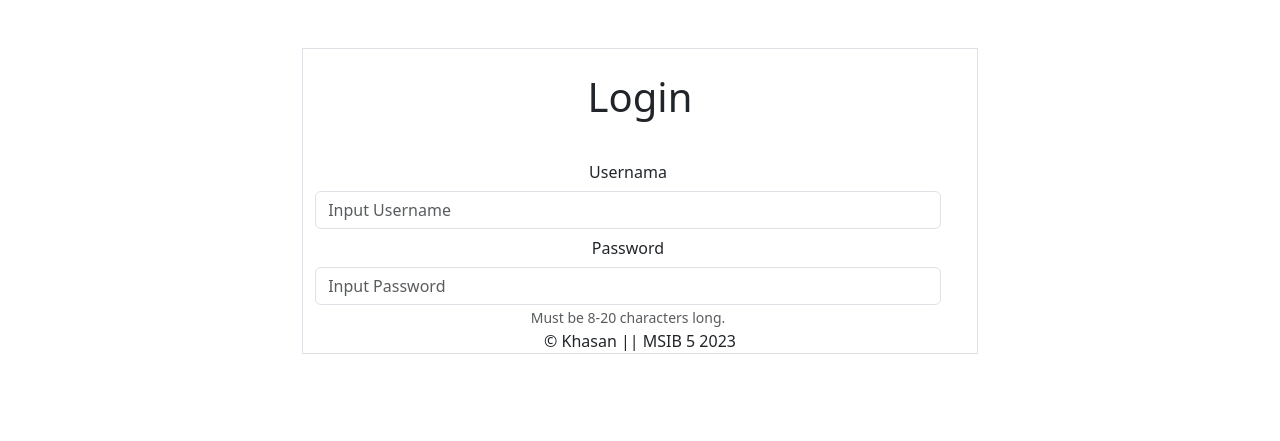
Repository: AHSANS354/Tugas-MSIB-5-GitHub
Page: http://localhost/tugas login/login.php
An editor plug-in stored every save of this project. The page is shown before and after the next save, followed by the edit.
The browser window is 1280 px wide. The pictures show the whole page.
The page is run by PHP 8.4 with error messages shown; the project is at /var/www/html/.

Above is the page before, as saved 2023-09-27 23:14:49.

After the next save:
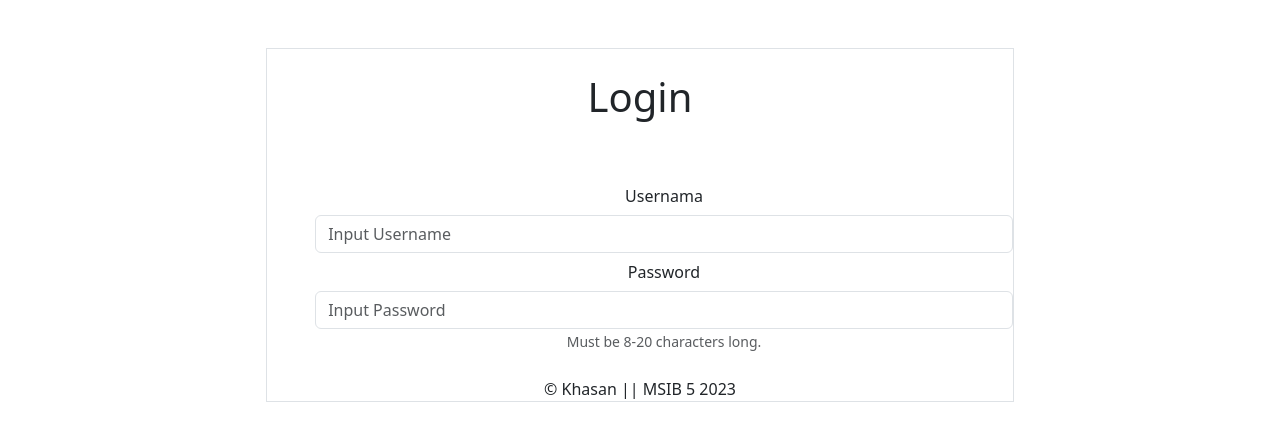
Saved 34 s later.
--- a/tugas login/login.php
+++ b/tugas login/login.php
@@ -12,7 +12,7 @@
             <div class="col m-4">
                 <h1>Login</h1>
             </div>
-            <div class="row d-flex flex-column">
+            <div class="row d-flex flex-column m-4">
                 <div class="col-auto">
                     <label for="nama" class="col-form-label">Usernama</label>
                 </div>

After the save that followed:
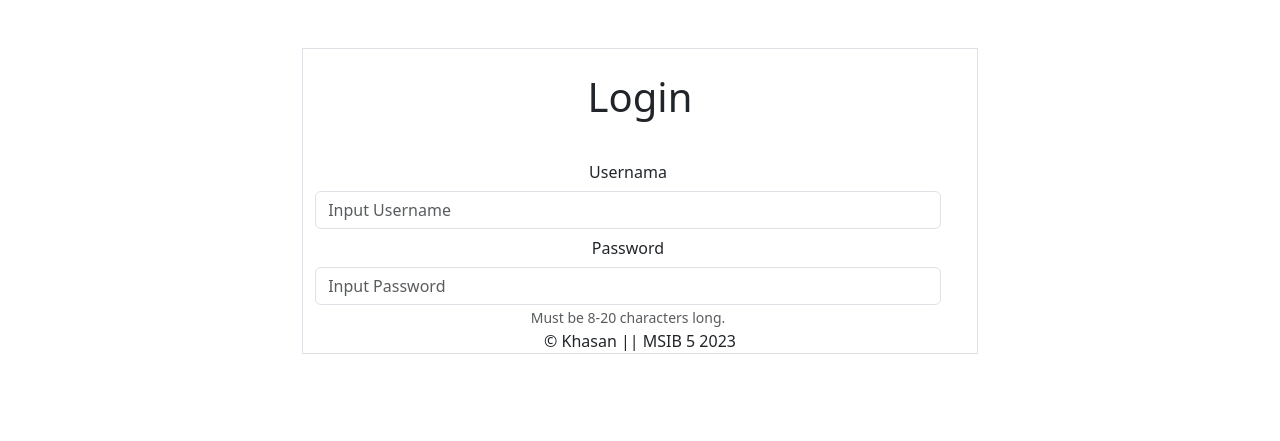
Saved 9 s later.
--- a/tugas login/login.php
+++ b/tugas login/login.php
@@ -12,7 +12,7 @@
             <div class="col m-4">
                 <h1>Login</h1>
             </div>
-            <div class="row d-flex flex-column m-4">
+            <div class="row d-flex flex-column">
                 <div class="col-auto">
                     <label for="nama" class="col-form-label">Usernama</label>
                 </div>
